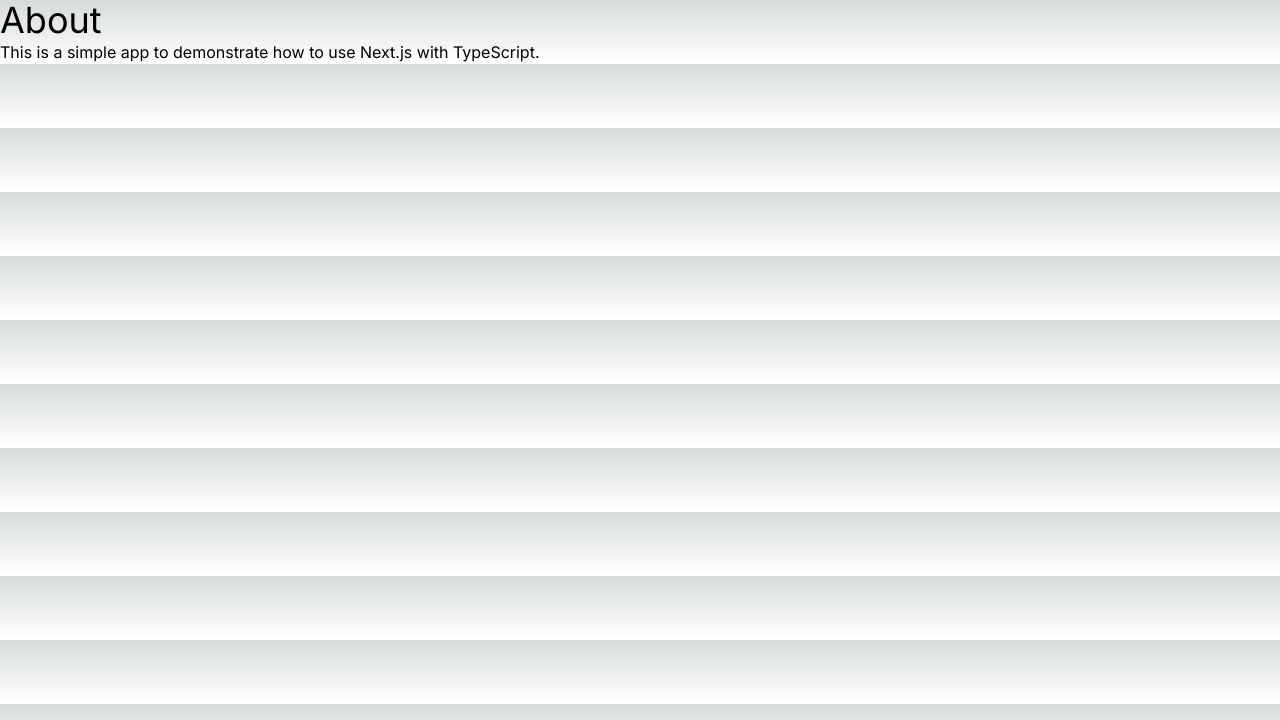
Repository: badhon252/Candidates-portal
Page: /about
These files come from the project's save history. The page is drawn as it stood at one moment and after the next save; the edit follows.
The browser window is 1280 px wide. The pictures show the whole page.
The project was rebuilt for these pictures with package versions that can differ from the ones it lists, and the page was loaded fresh each time. The framework's server and built-in components were replaced by stand-ins that run in the browser. Also part of the build but not shown: next.config.js.

Above is the page before, as saved 2023-05-31 17:26:38.

After the next save:
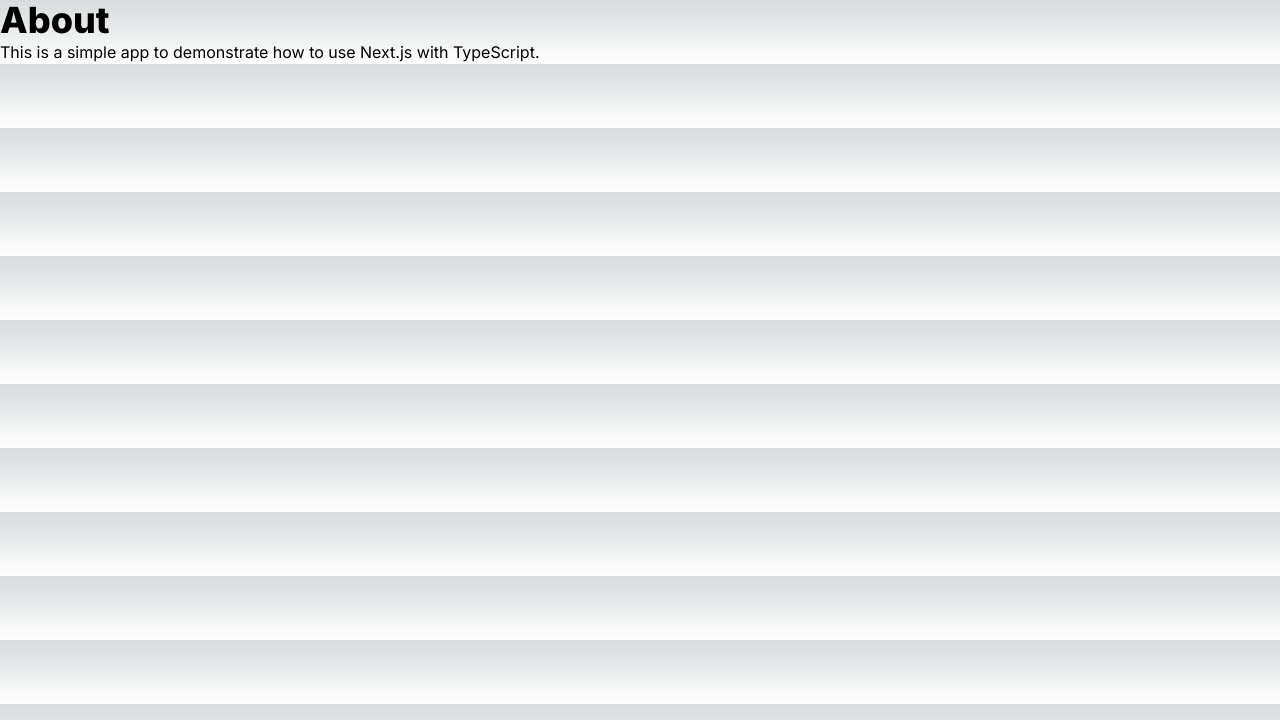
Saved 13 s later.
--- a/app/about/page.tsx
+++ b/app/about/page.tsx
@@ -1,7 +1,7 @@
 export default function page() {
   return (
     <div className="">
-      <h1 className="block text-4xl">About</h1>
+      <h1 className="block text-4xl font-extrabold">About</h1>
       <p>
         This is a simple app to demonstrate how to use Next.js with TypeScript.
       </p>
